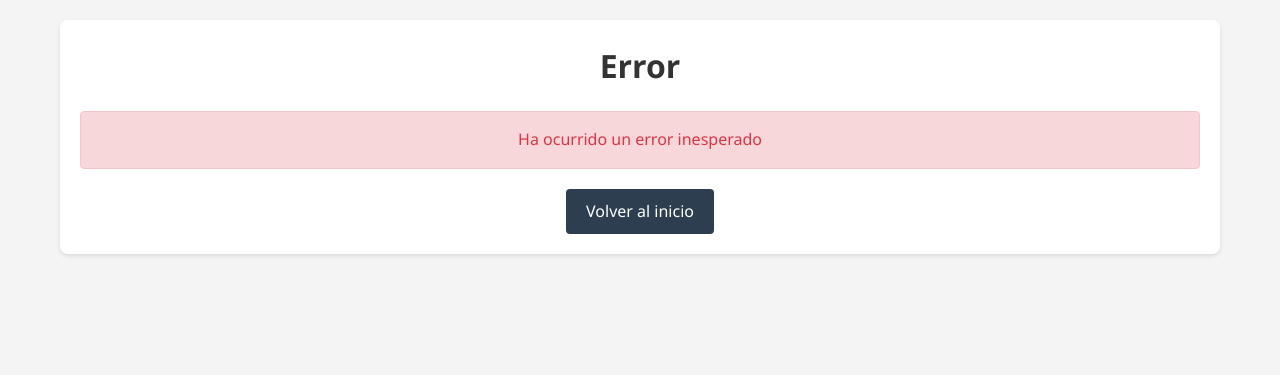
Repository: mag00s/mvc-bbdd-exam
Page: http://localhost/views/error.php
An editor plug-in stored every save of this project. The page is shown before and after the next save, followed by the edit.
The browser window is 1280 px wide. The pictures show the whole page.
The page is run by PHP 8.4 with error messages shown; the project is at /var/www/html/.

Above is the page before, as saved 2024-11-13 19:54:20.

### views/error.php
<!DOCTYPE html>
<html lang="es">
<head>
    <meta charset="UTF-8">
    <meta name="viewport" content="width=device-width, initial-scale=1.0">
    <title>Error - Sistema de Consultas</title>
    <link rel="stylesheet" href="assets/css/estilos.css">
</head>
<body>
    <div class="container">
        <div class="error-container">
            <h1>Error</h1>
            <div class="error-message">
                <?php echo $error ?? 'Ha ocurrido un error inesperado'; ?>
            </div>
            <div class="back-link">
                <a href="index.php">Volver al inicio</a>
            </div>
        </div>
    </div>
</body>
</html>

### assets/css/estilos.css
/* Reseteo básico */
* {
    margin: 0;
    padding: 0;
    box-sizing: border-box;
}

body {
    font-family: 'Segoe UI', Tahoma, Geneva, Verdana, sans-serif;
    line-height: 1.6;
    color: #333;
    background-color: #f4f4f4;
}

.container {
    max-width: 1200px;
    margin: 0 auto;
    padding: 20px;
}

/* Header */
.main-header {
    background-color: #fff;
    padding: 20px;
    margin-bottom: 30px;
    border-radius: 8px;
    box-shadow: 0 2px 4px rgba(0,0,0,0.1);
}

.main-header h1 {
    color: #2c3e50;
    margin-bottom: 10px;
}

.descripcion {
    color: #666;
    font-size: 1.1em;
}

/* Menú de consultas */
.consultas-menu {
    background: #fff;
    padding: 20px;
    border-radius: 8px;
    box-shadow: 0 2px 4px rgba(0,0,0,0.1);
}

.consultas-menu h2 {
    color: #2c3e50;
    margin-bottom: 20px;
}

.consultas-menu ul {
    list-style: none;
}

.consultas-menu li {
    margin: 10px 0;
}

.consultas-menu a {
    display: block;
    padding: 15px;
    background-color: #f8f9fa;
    color: #2c3e50;
    text-decoration: none;
    border-radius: 4px;
    transition: all 0.3s ease;
}

.consultas-menu a:hover {
    background-color: #e9ecef;
    transform: translateX(5px);
}

/* Tabla de resultados */
.results-table {
    width: 100%;
    background: #fff;
    border-radius: 8px;
    overflow: hidden;
    box-shadow: 0 2px 4px rgba(0,0,0,0.1);
    margin: 20px 0;
}

.results-table th,
.results-table td {
    padding: 12px 15px;
    text-align: left;
}

.results-table th {
    background-color: #2c3e50;
    color: #fff;
    font-weight: 500;
}

.results-table tr:nth-child(even) {
    background-color: #f8f9fa;
}

.results-table tr:hover {
    background-color: #e9ecef;
}

/* Mensajes de error */
.error-container {
    background: #fff;
    padding: 20px;
    border-radius: 8px;
    box-shadow: 0 2px 4px rgba(0,0,0,0.1);
    text-align: center;
}

.error-message {
    color: #dc3545;
    padding: 15px;
    margin: 20px 0;
    background-color: #f8d7da;
    border: 1px solid #f5c6cb;
    border-radius: 4px;
}

/* Enlaces de navegación */
.back-link {
    margin-top: 20px;
    text-align: center;
}

.back-link a {
    display: inline-block;
    padding: 10px 20px;
    background-color: #2c3e50;
    color: #fff;
    text-decoration: none;
    border-radius: 4px;
    transition: background-color 0.3s ease;
}

.back-link a:hover {
    background-color: #34495e;
}

/* Footer */
.main-footer {
    text-align: center;
    padding: 20px;
    margin-top: 30px;
    color: #666;
}

After the next save:
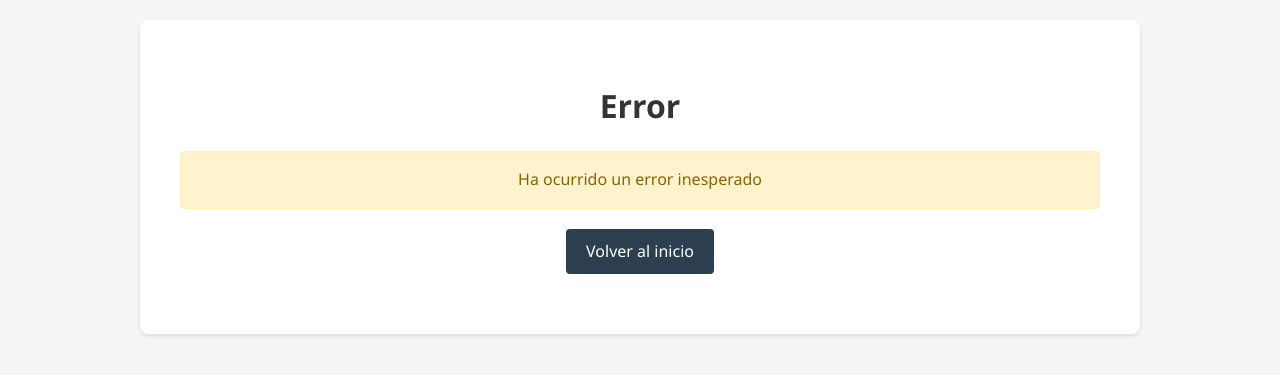
Saved 20 s later.
--- a/assets/css/estilos.css
+++ b/assets/css/estilos.css
@@ -1,4 +1,4 @@
-/* Reseteo básico */
+/* Reseteo y estilos base */
 * {
     margin: 0;
     padding: 0;
@@ -9,22 +9,25 @@ body {
     font-family: 'Segoe UI', Tahoma, Geneva, Verdana, sans-serif;
     line-height: 1.6;
     color: #333;
-    background-color: #f4f4f4;
+    background-color: #f5f5f5;
+    padding: 20px;
 }
 
 .container {
-    max-width: 1200px;
+    max-width: 1000px;
     margin: 0 auto;
+    background: white;
     padding: 20px;
+    border-radius: 8px;
+    box-shadow: 0 2px 4px rgba(0,0,0,0.1);
 }
 
 /* Header */
 .main-header {
-    background-color: #fff;
-    padding: 20px;
+    text-align: center;
     margin-bottom: 30px;
-    border-radius: 8px;
-    box-shadow: 0 2px 4px rgba(0,0,0,0.1);
+    padding-bottom: 20px;
+    border-bottom: 2px solid #eee;
 }
 
 .main-header h1 {
@@ -34,15 +37,11 @@ body {
 
 .descripcion {
     color: #666;
-    font-size: 1.1em;
 }
 
 /* Menú de consultas */
 .consultas-menu {
-    background: #fff;
     padding: 20px;
-    border-radius: 8px;
-    box-shadow: 0 2px 4px rgba(0,0,0,0.1);
 }
 
 .consultas-menu h2 {
@@ -55,70 +54,46 @@ body {
 }
 
 .consultas-menu li {
-    margin: 10px 0;
+    margin: 15px 0;
 }
 
 .consultas-menu a {
     display: block;
-    padding: 15px;
+    padding: 15px 20px;
     background-color: #f8f9fa;
     color: #2c3e50;
     text-decoration: none;
     border-radius: 4px;
     transition: all 0.3s ease;
+    border: 1px solid #dee2e6;
 }
 
 .consultas-menu a:hover {
     background-color: #e9ecef;
-    transform: translateX(5px);
+    transform: translateX(10px);
 }
 
-/* Tabla de resultados */
+/* Tablas */
 .results-table {
     width: 100%;
-    background: #fff;
-    border-radius: 8px;
-    overflow: hidden;
-    box-shadow: 0 2px 4px rgba(0,0,0,0.1);
+    border-collapse: collapse;
     margin: 20px 0;
 }
 
 .results-table th,
 .results-table td {
-    padding: 12px 15px;
+    padding: 12px;
     text-align: left;
+    border: 1px solid #dee2e6;
 }
 
 .results-table th {
-    background-color: #2c3e50;
-    color: #fff;
-    font-weight: 500;
-}
-
-.results-table tr:nth-child(even) {
     background-color: #f8f9fa;
+    font-weight: 600;
 }
 
 .results-table tr:hover {
-    background-color: #e9ecef;
-}
-
-/* Mensajes de error */
-.error-container {
-    background: #fff;
-    padding: 20px;
-    border-radius: 8px;
-    box-shadow: 0 2px 4px rgba(0,0,0,0.1);
-    text-align: center;
-}
-
-.error-message {
-    color: #dc3545;
-    padding: 15px;
-    margin: 20px 0;
-    background-color: #f8d7da;
-    border: 1px solid #f5c6cb;
-    border-radius: 4px;
+    background-color: #f8f9fa;
 }
 
 /* Enlaces de navegación */
@@ -131,7 +106,7 @@ body {
     display: inline-block;
     padding: 10px 20px;
     background-color: #2c3e50;
-    color: #fff;
+    color: white;
     text-decoration: none;
     border-radius: 4px;
     transition: background-color 0.3s ease;
@@ -143,8 +118,24 @@ body {
 
 /* Footer */
 .main-footer {
+    margin-top: 30px;
+    padding-top: 20px;
+    border-top: 2px solid #eee;
     text-align: center;
-    padding: 20px;
-    margin-top: 30px;
     color: #666;
 }
+
+/* Error */
+.error-container {
+    text-align: center;
+    padding: 40px 20px;
+}
+
+.error-message {
+    background-color: #fff3cd;
+    border: 1px solid #ffeeba;
+    color: #856404;
+    padding: 15px;
+    border-radius: 4px;
+    margin: 20px 0;
+}
